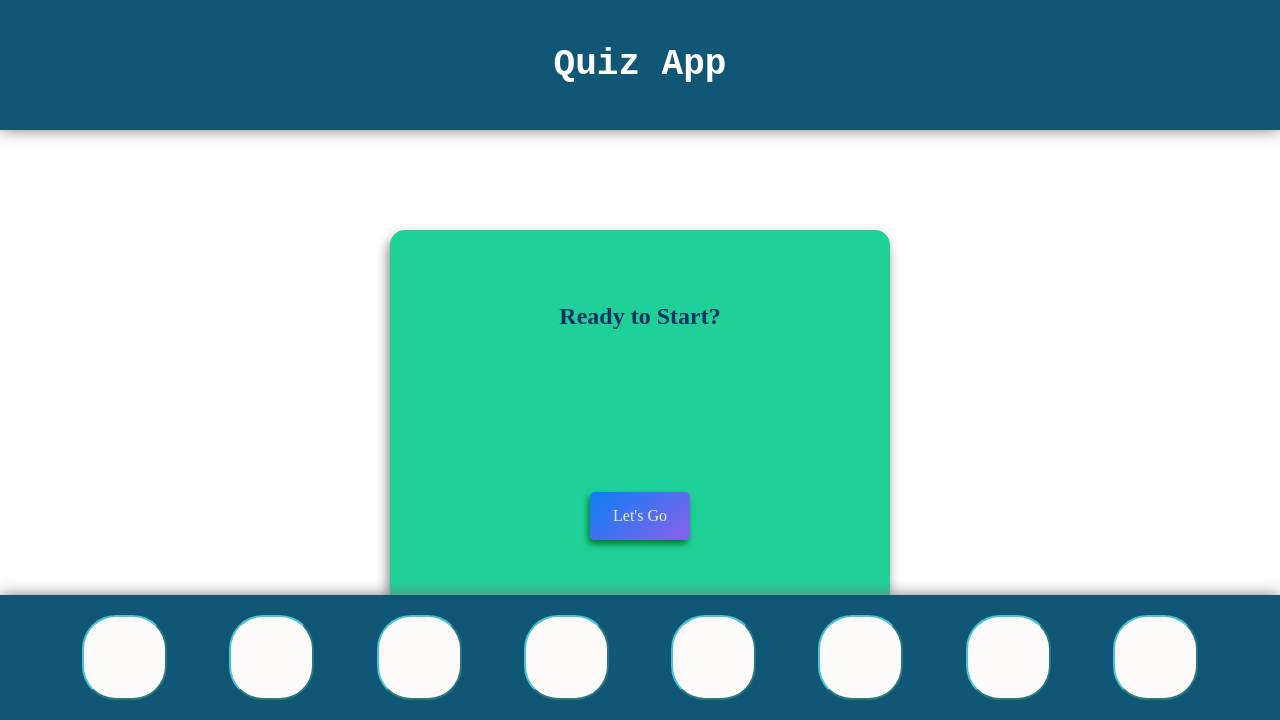
Repository: tpic12/quiz_app
Page: index.html
These files come from the project's save history. The page is drawn as it stood at one moment and after the next save; the edit follows.
The browser window is 1280 px wide. The pictures show the whole page.

Above is the page before, as saved 2019-12-23 15:44:48.

After the next save:
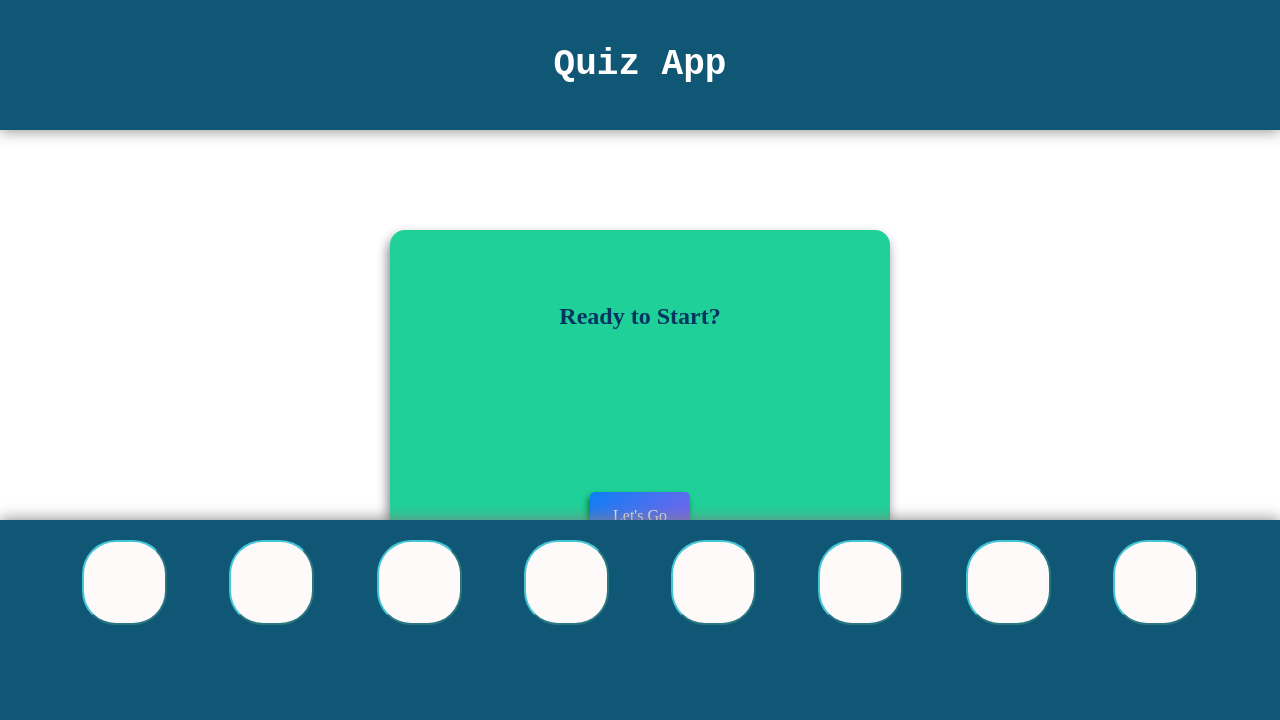
Saved 116 s later.
--- a/app.css
+++ b/app.css
@@ -94,14 +94,13 @@ footer {
   position: fixed;
   bottom: 0;
   left: 0;
+  height: 200px;
 }
 
 .counts {
   display: flex;
   justify-content: space-evenly;
-}
-
-.counts p {
+  height: ;
 }
 
 .count {
